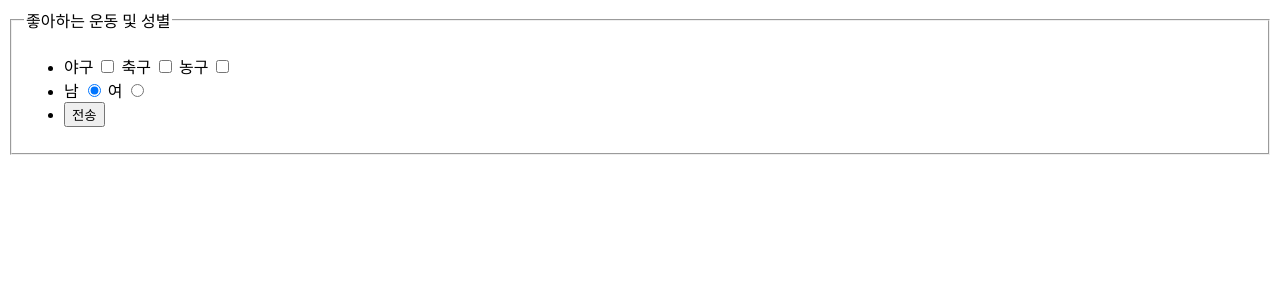
Repository: ghs0814/jsp-workspace
Page: http://localhost/ServletProject/member/memberForm.jsp
These files come from the project's save history. The page is drawn as it stood at one moment and after the next save; the edit follows.
The browser window is 1280 px wide. The pictures show the whole page.
The page is served by Tomcat 9. Other server files are loaded and not shown.

Above is the page before, as saved 2026-05-21 00:38:36.

### ServletProject/src/main/webapp/member/memberForm.jsp
<%@ page language="java" contentType="text/html; charset=UTF-8"
    pageEncoding="UTF-8"%>
<!DOCTYPE html>
<html>
<head>
<meta charset="UTF-8">
<title></title>
</head>
<body>
	<form action="Sport" method="post">
		<fieldset>
			<legend> 좋아하는 운동 및 성별 </legend>
				<ul>
					<li>
						<label>야구</label>
						<input type="checkbox" name="sports" value="야구">
						<label>축구</label>
						<input type="checkbox" name="sports" value="축구">
						<label>농구</label>
						<input type="checkbox" name="sports" value="농구">
					</li>

					<li>
						<label>남</label>
						<input type="radio" name="gender" value="남자" checked="checked">
						<label>여</label>
						<input type="radio" name="gender" value="여자" >
					</li>
					<li>
						<input type="submit" value="전송">
					</li>
				</ul>
		</fieldset>

	</form>
</body>
</html>

After the next save:
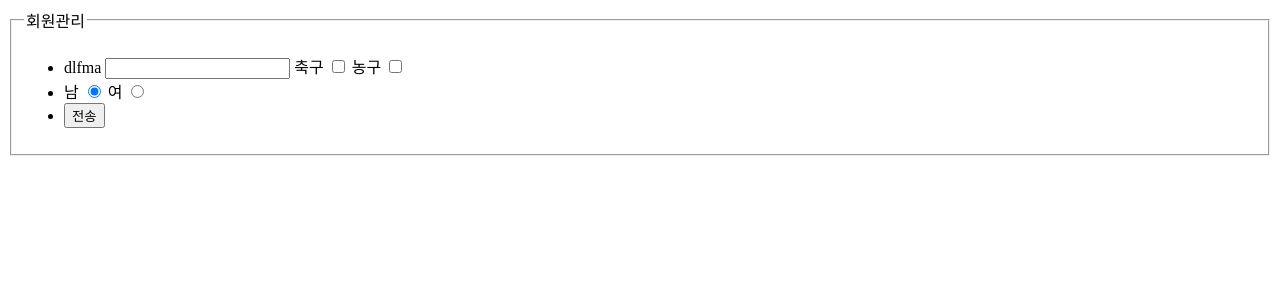
Saved 109 s later.
--- a/ServletProject/src/main/webapp/member/memberForm.jsp
+++ b/ServletProject/src/main/webapp/member/memberForm.jsp
@@ -9,11 +9,11 @@
 <body>
 	<form action="Sport" method="post">
 		<fieldset>
-			<legend> 좋아하는 운동 및 성별 </legend>
+			<legend> 회원관리 </legend>
 				<ul>
 					<li>
-						<label>야구</label>
-						<input type="checkbox" name="sports" value="야구">
+						<label>dlfma</label>
+						<input type="text" name="username">
 						<label>축구</label>
 						<input type="checkbox" name="sports" value="축구">
 						<label>농구</label>
